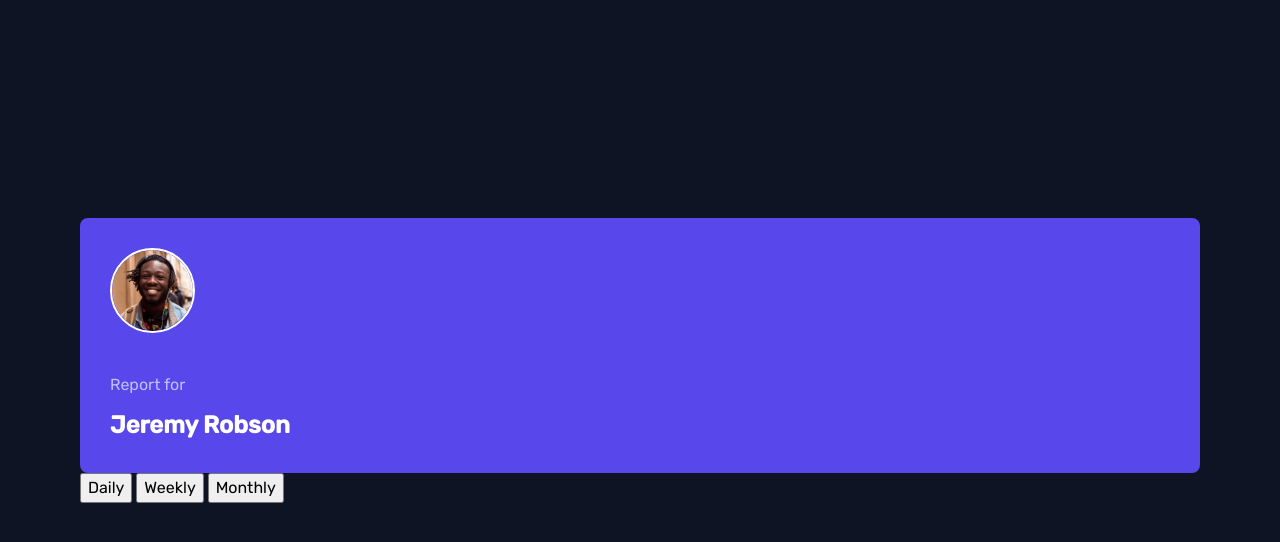
Repository: Akashiii1/WebTimeTracking_Day6
Page: index.html
An editor plug-in stored every save of this project. The page is shown before and after the next save, followed by the edit.
The browser window is 1280 px wide. The pictures show the whole page.

Above is the page before, as saved 2021-12-26 23:47:09.

### index.html
<!DOCTYPE html>
<html lang="en">
  <head>
    <meta charset="UTF-8" />
    <meta name="viewport" content="width=device-width, initial-scale=1.0" />
    <!-- displays site properly based on user's device -->

    <link
      rel="icon"
      type="image/png"
      sizes="32x32"
      href="./images/favicon-32x32.png"
    />

    <title>Frontend Mentor | Time tracking dashboard</title>

    <!-- Feel free to remove these styles or customise in your own stylesheet 👍 -->
    <link rel="stylesheet" href="style.css" />
    <style>
      .attribution {
        font-size: 11px;
        text-align: center;
      }

      .attribution a {
        color: hsl(228, 45%, 44%);
      }
    </style>
  </head>

  <body>
    <div class="container">
      <div class="first">
        <div class="user">
          <div class="user-img">
            <img src="images/image-jeremy.png" alt="" />
          </div>
          <div class="user-content">
            <p class="user-info">Report for</p>
            <h2 class="user-name">Jeremy Robson</h2>
          </div>
        </div>
        <div class="options">
          <button class="user-btn">Daily</button>
          <button class="user-btn active">Weekly</button>
          <button class="user-btn">Monthly</button>

        </div>
      </div>
    </div>

    <!-- <div class="attribution">
      Challenge by
      <a href="https://www.frontendmentor.io?ref=challenge" target="_blank"
        >Frontend Mentor</a
      >. Coded by <a href="#">Your Name Here</a>.
    </div> -->
    <script src="app.js"></script>
  </body>
</html>

### style.css
@import url('https://fonts.googleapis.com/css2?family=Rubik:wght@300;400;500&display=swap');
:root{
  --Blue: hsl(246, 80%, 60%);

 --Lightred: hsl(15, 100%, 70%);/*(work)*/
 --Softblue : hsl(195, 74%, 62%);/*(play)*/
 --Lightred : hsl(348, 100%, 68%);/*(study)*/
 --Limegreen : hsl(145, 58%, 55%);/*(exercise)*/
 --Violet: hsl(264, 64%, 52%);/*(social)*/
 --Softorange : hsl(43, 84%, 65%);/*(self care)*/

  --Verydarkblue: hsl(226, 43%, 10%);
  --Darkblue: hsl(235, 46%, 20%);
  --Desaturatedblue: hsl(235, 45%, 61%);
  --PaleBlue: hsl(236, 100%, 87%);
}
*,
*::before,
*::after {
  box-sizing: border-box;
}
body,
h1,
h2,
h3,
h4,
h5,
h6,
p,
figure,
picture {
  margin: 0;
}
body {
  min-height: 100vh;
  line-height: 1.5;
}
input,
button,
select,
textarea {
  font: inherit;
}
img,
picture {
  display: block;
  max-width: 100%;
}
body{
  font-family: 'Rubik', sans-serif;
  background: var(--Verydarkblue);
  min-height: 100vh;
  display: flex;
  justify-content: center;
  align-items: center;
}
.container{
  width: 1120px;
}
.user{
  background: var(--Blue);
  border-radius: 8px;
  padding: 30px;
}
.user-img{
  width: 85px;
  height: 85px;
  margin-bottom: 40px;
}
.user-img img{
  border-radius: 50%;
  border: 2px solid #fff;
  object-fit: cover;
}
.user-content{

}
.user-info{
  color: var(--PaleBlue);
  margin-bottom: 10px;
}
.user-name{
  color: #fff;
}
/* remove animation for people who've turned them off */
@media (prefers-reduced-motion: reduce) {
  *,
  *::before,
  *::after {
    animation-duration: 0.01ms !important;
    animation-iteration-count: 1 !important;
    transition-duration: 0.01ms !important;
    scroll-behavior: auto !important;
  }
}

Loaded but not shown: app.js (no stored copy; drawn as an empty file)

After the next save:
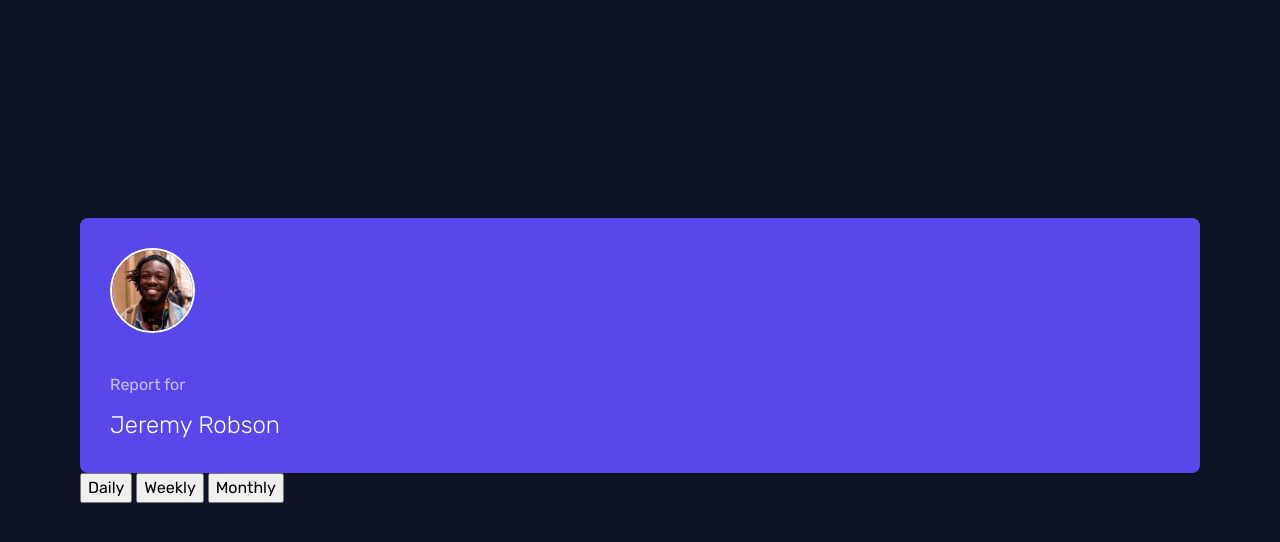
Saved 8 s later.
--- a/style.css
+++ b/style.css
@@ -81,6 +81,7 @@ body{
 }
 .user-name{
   color: #fff;
+  font-weight: 300;
 }
 /* remove animation for people who've turned them off */
 @media (prefers-reduced-motion: reduce) {
